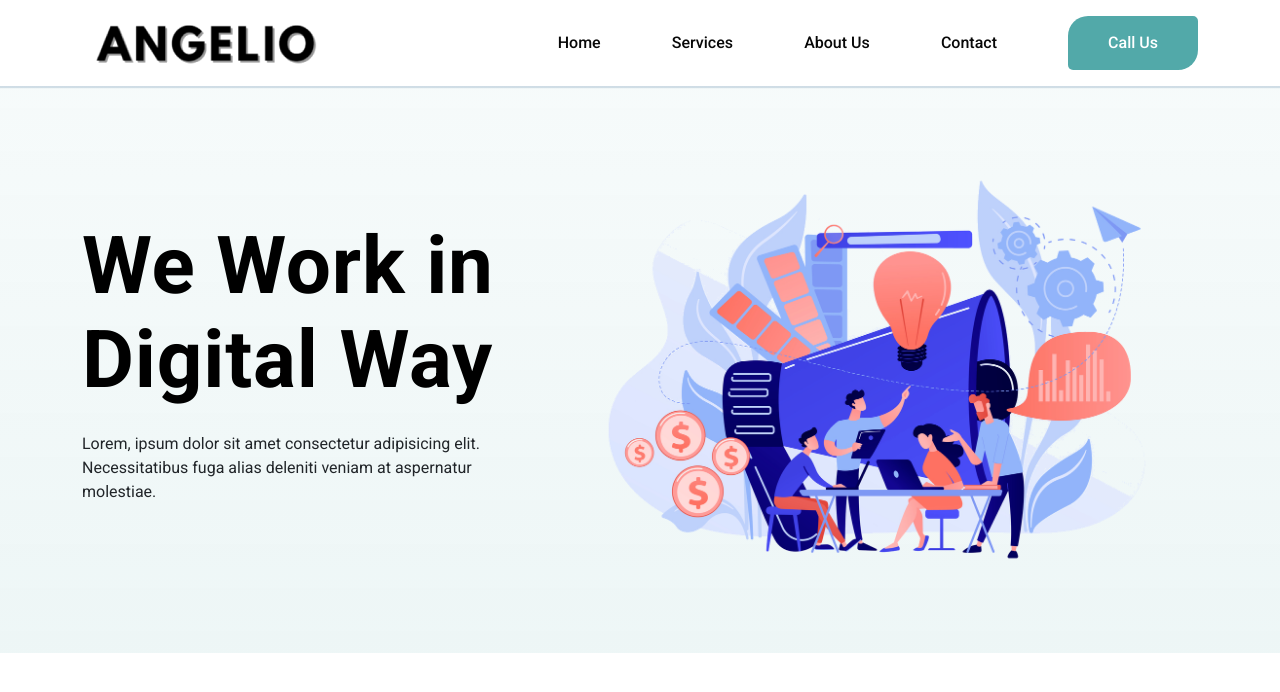
Repository: nazmulalok/landing-page-angelio
Page: index.html
These files come from the project's save history. The page is drawn as it stood at one moment and after the next save; the edit follows.
The browser window is 1280 px wide. The pictures show the whole page.

Above is the page before, as saved 2022-09-04 16:38:10.

After the next save:
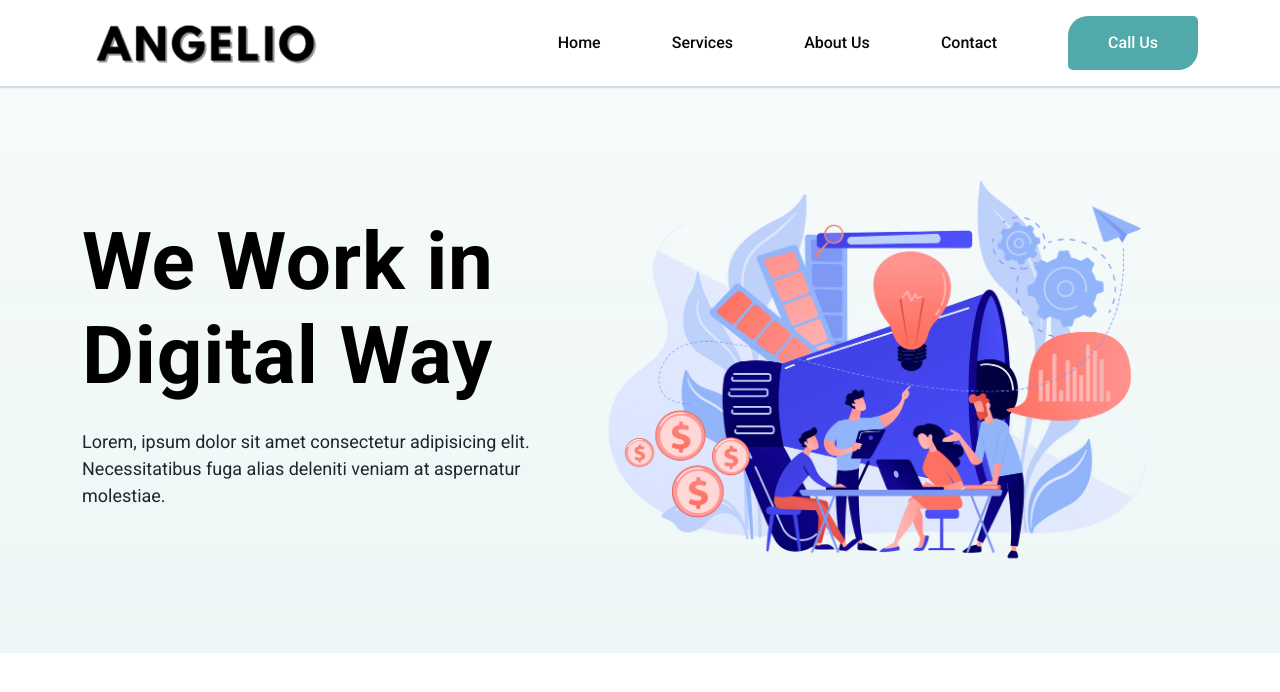
Saved 47 s later.
--- a/style.css
+++ b/style.css
@@ -103,3 +103,7 @@ nav ul li a:hover::before {
     line-height: normal;
     margin-bottom: 25px;
 }
+
+.banner-sec p {
+    font-size: 18px;
+}
